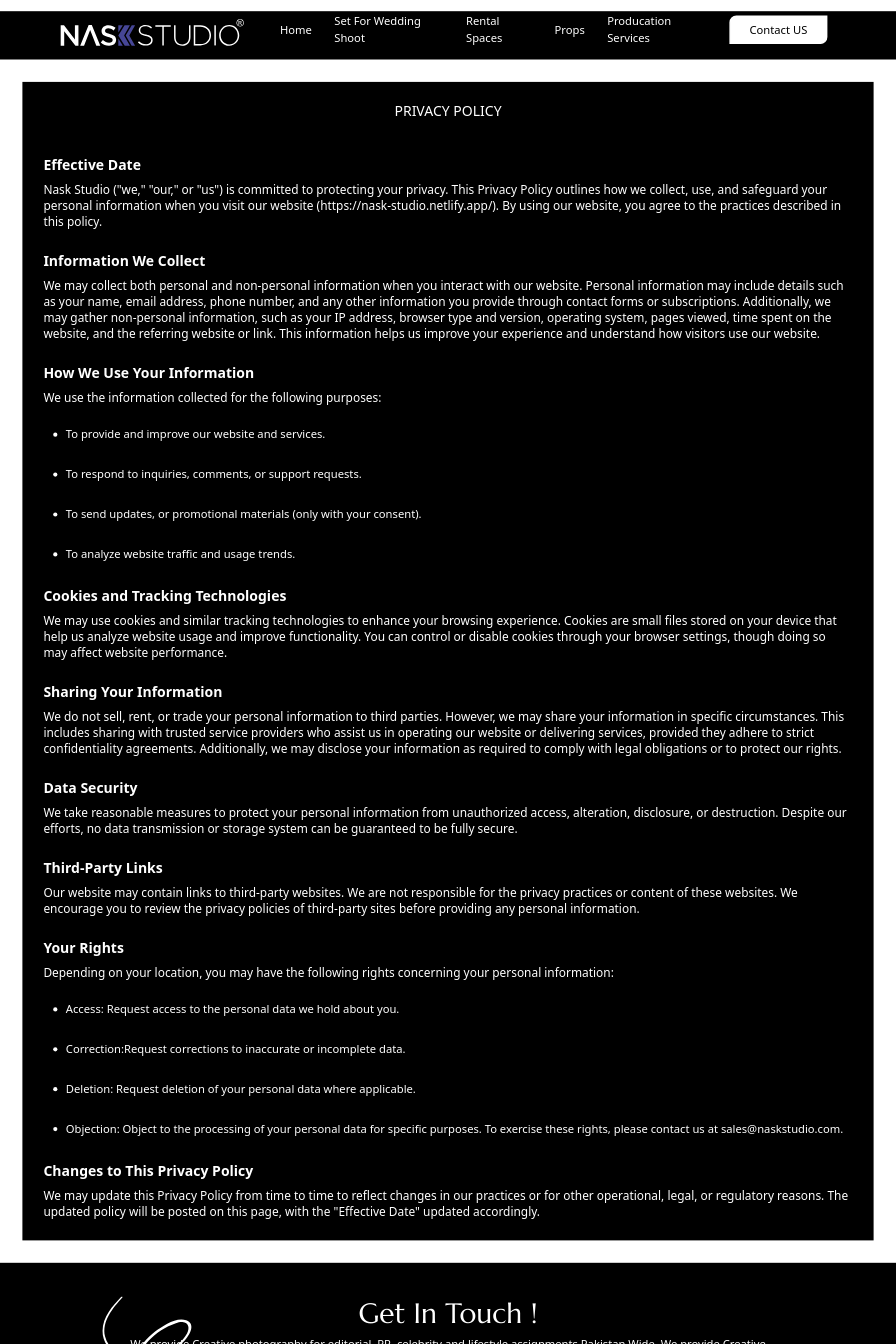
Repository: sagheerNaskSoft/nask-studio-sec-phase
Page: /privacy
These files come from the project's save history. The page is drawn as it stood at one moment and after the next save; the edit follows.
The browser window is 1280 px wide. The pictures show the part of the page from y = 0 to 1920 px (the page is 2568 px tall before and 2481 px after), at 70% of full size.
The project was rebuilt for these pictures with package versions that can differ from the ones it lists, and the page was loaded fresh each time. Also part of the build but not shown: src/Component/HomePage/Banner.js, src/Component/HomePage/ShootSection.js, src/Component/HomePage/SerivceSetion.js, src/Pages/Home.js, src/Pages/About.js, src/Component/WeddingSets/Banner.js, src/Component/WeddingSets/StudioSection.js, src/Pages/WeddingSets.js and 16 more.

Above is the page before, as saved 2025-02-03 21:52:57.

After the next save:
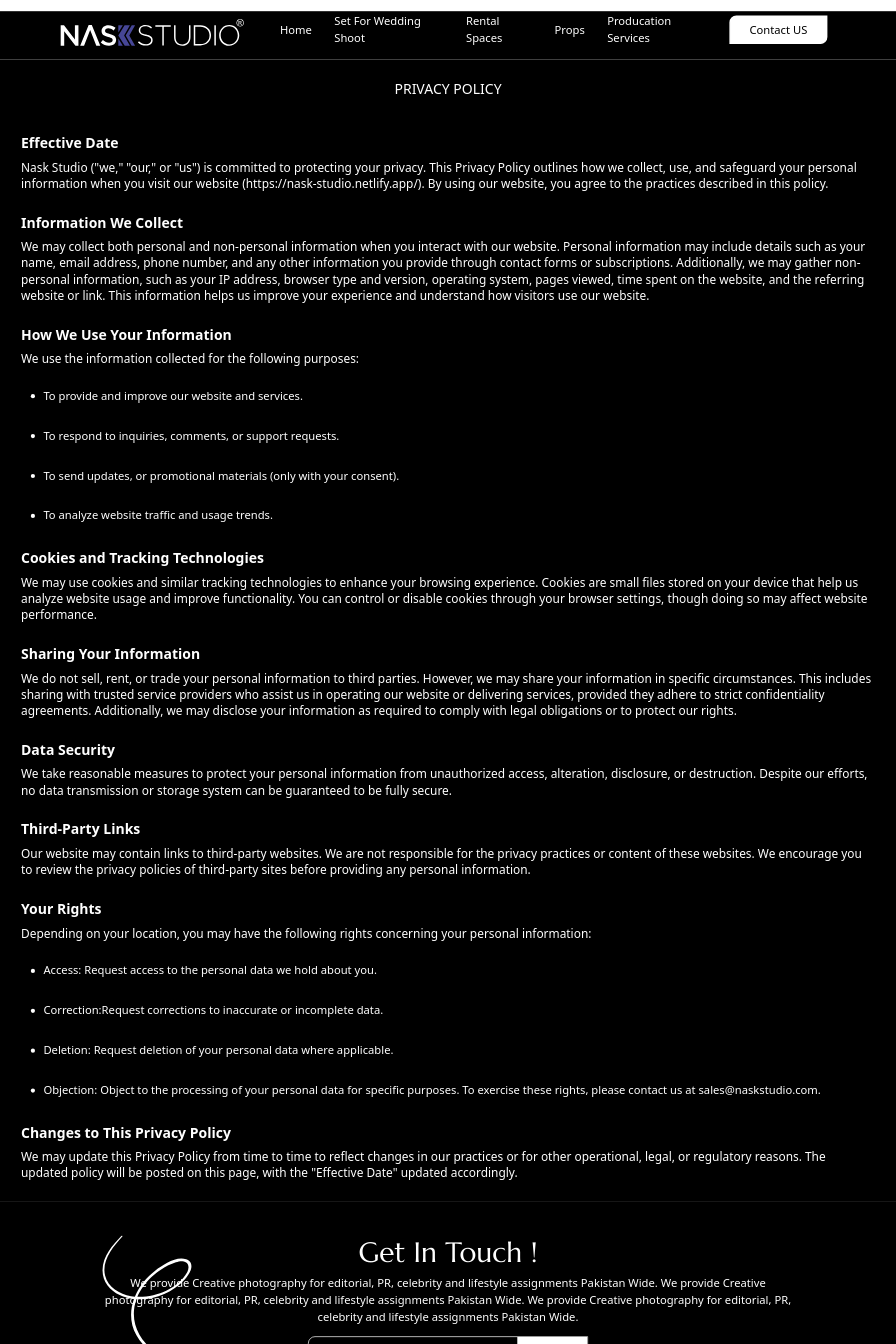
Saved 14 s later.
--- a/src/App.css
+++ b/src/App.css
@@ -828,7 +828,7 @@ body {
 
 .Privace {
   padding: 30px;
-  margin: 2rem;
+  /* margin: 2rem; */
   background-color: rgb(0, 0, 0);
   color: white;
 }
